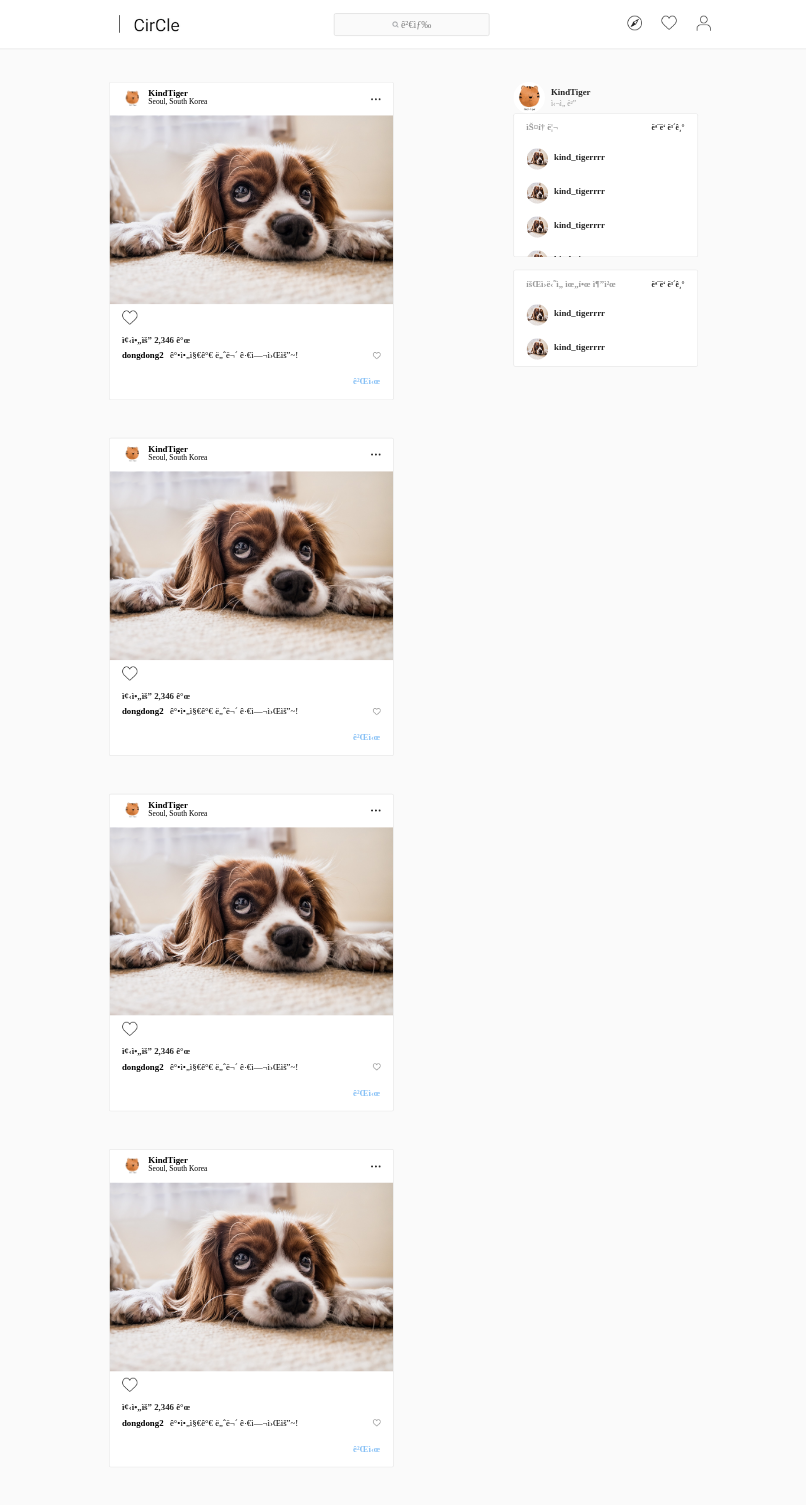
Repository: gkawlals/image_borad
Page: http://localhost/SpringPRJ/WEB-INF/view/image/imageList.jsp
These files come from the project's save history. The page is drawn as it stood at one moment and after the next save; the edit follows.
The browser window is 1280 px wide. The pictures show the whole page, at 63% of full size.
The page is served by Tomcat 9. Nobody is signed in. Other server files are loaded and not shown. The template is opened directly, without the code that normally fills it, so the values that code supplies are empty.

Above is the page before, as saved 2021-04-17 07:38:30.

### SpringPRJ/WebContent/WEB-INF/view/image/imageList.jsp
<!DOCTYPE html>
<html lang="en">
<head>
    <meta charset="UTF-8">
    <meta name="viewport"
          content="width=device-width, user-scalable=no, initial-scale=1.0, maximum-scale=1.0, minimum-scale=1.0">
    <title>Title</title>

    <link rel="stylesheet" href="../resourceImg/css/reset.css">
    <link rel="stylesheet" href="../resourceImg/css/common.css">
    <link rel="stylesheet" href="../resourceImg/css/style.css">


</head>
<body>


<section id="container">


    <header id="header">
        <section class="inner">

            <h1 class="logo">
                <a href="index.html">
                    <div class="sprite_insta_icon"></div>
                    <div class="sprite_write_logo"></div>
                </a>
            </h1>

            <div class="search_box">
                <input type="text" placeholder="검색" id="search-field">

                <div class="fake_field">
                    <span class="sprite_small_search_icon"></span>
                    <span>검색</span>
                </div>
            </div>

            <div class="right_icons">
                <a href="login.html"><div class="sprite_compass_icon"></div></a>
                <a href="follow.html"><div class="sprite_heart_icon_outline"></div></a>
                <a href="profile.html"><div class="sprite_user_icon_outline"></div></a>
            </div>

        </section>

    </header>
    <section id="main_container">
        <div class="inner">

            <div class="contents_box">
                <article class="contents">
                    <header class="top">
                        <div class="user_container">
                            <div class="profile_img">
                                <img src="../resourceImg/imgs/thumb.jpeg" alt="프로필이미지">
                            </div>
                            <div class="user_name">
                                <div class="nick_name m_text">KindTiger</div>
                                <div class="country s_text">Seoul, South Korea</div>
                            </div>

                        </div>

                        <div class="sprite_more_icon" data-name="more">
                            <ul class="toggle_box">
                               <li><input type="submit" class="follow" value="팔로우" data-name="follow"></li>
                                <li>수정</li>
                                <li>삭제</li>
                            </ul>
                        </div>
                    </header>

                    <div class="img_section">
                        <div class="trans_inner">
                            <div><img src="../resourceImg/imgs/img_section/img01.jpg" alt="visual01"></div>
                        </div>
                    </div>

                    <div class="bottom_icons">
                        <div class="left_icons">
                            <div class="heart_btn">
                                <div class="sprite_heart_icon_outline" name="39" data-name="heartbeat"></div>
                            </div>


                        </div>
                    </div>

                    <div class="likes m_text">
                        좋아요
                        <span id="like-count-39">2,346</span>
                        <span id="bookmark-count-39"></span>
                        개
                    </div>

                    <div class="comment_container">
                        <div class="comment" id="comment-list-ajax-post37">
                            <div class="comment-detail">
                                <div class="nick_name m_text">dongdong2</div>
                                <div>강아지가 너무 귀여워요~!</div>
                            </div>
                        </div>
                        <div class="small_heart">
                            <div class="sprite_small_heart_icon_outline"></div>
                        </div>
                    </div>


                    <div class="comment_field" id="add-comment-post37">

                        <div class="upload_btn m_text" data-name="comment">게시</div>
                    </div>
                </article>
                <article class="contents">
                    <header class="top">
                        <div class="user_container">
                            <div class="profile_img">
                                <img src="../resourceImg/imgs/thumb.jpeg" alt="프로필이미지">
                            </div>
                            <div class="user_name">
                                <div class="nick_name m_text">KindTiger</div>
                                <div class="country s_text">Seoul, South Korea</div>
                            </div>

                        </div>

                        <div class="sprite_more_icon" data-name="more">
                            <ul class="toggle_box">
                                <li><input type="submit" class="follow" value="팔로우" data-name="follow"></li>
                                <li>수정</li>
                                <li>삭제</li>
                            </ul>
                        </div>
                    </header>

                    <div class="img_section">
                        <div class="trans_inner">
                            <div><img src="../resourceImg/imgs/img_section/img01.jpg" alt="visual01"></div>
                        </div>
                    </div>

                    <div class="bottom_icons">
                        <div class="left_icons">
                            <div class="heart_btn">
                                <div class="sprite_heart_icon_outline" name="39" data-name="heartbeat"></div>
                            </div>


                        </div>
                        <div class="right_icon">

                        </div>
                    </div>

                    <div class="likes m_text">
                        좋아요
                        <span id="like-count-39">2,346</span>
                        개
                    </div>

                    <div class="comment_container">
                        <div class="comment" id="comment-list-ajax-post37">
                            <div class="comment-detail">
                                <div class="nick_name m_text">dongdong2</div>
                                <div>강아지가 너무 귀여워요~!</div>
                            </div>
                        </div>
                        <div class="small_heart">
                            <div class="sprite_small_heart_icon_outline"></div>
                        </div>
                    </div>


                    <div class="comment_field" id="add-comment-post37">

                        <div class="upload_btn m_text" data-name="comment">게시</div>
                    </div>
                </article>
                <article class="contents">
                    <header class="top">
                        <div class="user_container">
                            <div class="profile_img">
                                <img src="../resourceImg/imgs/thumb.jpeg" alt="프로필이미지">
                            </div>
                            <div class="user_name">
                                <div class="nick_name m_text">KindTiger</div>
                                <div class="country s_text">Seoul, South Korea</div>
                            </div>

                        </div>

                        <div class="sprite_more_icon" data-name="more">
                            <ul class="toggle_box">
                                <li><input type="submit" class="follow" value="팔로우" data-name="follow"></li>
                                <li>수정</li>
                                <li>삭제</li>
                            </ul>
                        </div>
                    </header>

                    <div class="img_section">
                        <div class="trans_inner">
                            <div><img src="../resourceImg/imgs/img_section/img01.jpg" alt="visual01"></div>
                        </div>
                    </div>

                    <div class="bottom_icons">
                        <div class="left_icons">
                            <div class="heart_btn">
                                <div class="sprite_heart_icon_outline" name="39" data-name="heartbeat"></div>
                            </div>


                        </div>
                        <div class="right_icon">

                        </div>
                    </div>

                    <div class="likes m_text">
                        좋아요
                        <span id="like-count-39">2,346</span>
                        개
                    </div>

                    <div class="comment_container">
                        <div class="comment" id="comment-list-ajax-post37">
                            <div class="comment-detail">
                                <div class="nick_name m_text">dongdong2</div>
                                <div>강아지가 너무 귀여워요~!</div>
                            </div>
                        </div>
                        <div class="small_heart">
                            <div class="sprite_small_heart_icon_outline"></div>
                        </div>
                    </div>


                    <div class="comment_field" id="add-comment-post37">

                        <div class="upload_btn m_text" data-name="comment">게시</div>
                    </div>
                </article>
                <article class="contents">
                    <header class="top">
                        <div class="user_container">
                            <div class="profile_img">
                                <img src="../resourceImg/imgs/thumb.jpeg" alt="프로필이미지">
                            </div>
                            <div class="user_name">
                                <div class="nick_name m_text">KindTiger</div>
                                <div class="country s_text">Seoul, South Korea</div>
                            </div>

                        </div>

                        <div class="sprite_more_icon" data-name="more">
                            <ul class="toggle_box">
                                <li><input type="submit" class="follow" value="팔로우" data-name="follow"></li>
                                <li>수정</li>
                                <li>삭제</li>
                            </ul>
                        </div>
                    </header>

                    <div class="img_section">
                        <div class="trans_inner">
                            <div><img src="../resourceImg/imgs/img_section/img01.jpg" alt="visual01"></div>
                        </div>
                    </div>

                    <div class="bottom_icons">
                        <div class="left_icons">
                            <div class="heart_btn">
                                <div class="sprite_heart_icon_outline" name="39" data-name="heartbeat"></div>
                            </div>


                        </div>
                        <div class="right_icon">

                        </div>
                    </div>

                    <div class="likes m_text">
                        좋아요
                        <span id="like-count-39">2,346</span>
                        개
                    </div>

                    <div class="comment_container">
                        <div class="comment" id="comment-list-ajax-post37">
                            <div class="comment-detail">
                                <div class="nick_name m_text">dongdong2</div>
                                <div>강아지가 너무 귀여워요~!</div>
                            </div>
                        </div>
                        <div class="small_heart">
                            <div class="sprite_small_heart_icon_outline"></div>
                        </div>
                    </div>


                    <div class="comment_field" id="add-comment-post37">

                        <div class="upload_btn m_text" data-name="comment">게시</div>
                    </div>
                </article>



            </div>
            <input type="hidden" id="page" value="1">

            <div class="side_box">
                <div class="user_profile">
                    <div class="profile_thumb">
                        <img src="../resourceImg/imgs/thumb.jpeg" alt="프로필사진">
                    </div>
                    <div class="detail">
                        <div class="id m_text">KindTiger</div>
                        <div class="ko_name">심선범</div>
                    </div>
                </div>

                <article class="story">
                    <header class="story_header">
                        <div>스토리</div>
                        <div class="more">모두 보기</div>
                    </header>

                    <div class="scroll_inner">
                        <div class="thumb_user">
                            <div class="profile_thumb">
                                <img src="../resourceImg/imgs/thumb02.jpg" alt="프로필사진">
                            </div>
                            <div class="detail">
                                <div class="id">kind_tigerrrr</div>

                            </div>
                        </div>
                        <div class="thumb_user">
                            <div class="profile_thumb">
                                <img src="../resourceImg/imgs/thumb02.jpg" alt="프로필사진">
                            </div>
                            <div class="detail">
                                <div class="id">kind_tigerrrr</div>

                            </div>
                        </div>
                        <div class="thumb_user">
                            <div class="profile_thumb">
                                <img src="../resourceImg/imgs/thumb02.jpg" alt="프로필사진">
                            </div>
                            <div class="detail">
                                <div class="id">kind_tigerrrr</div>

                            </div>
                        </div>
                        <div class="thumb_user">
                            <div class="profile_thumb">
                                <img src="../resourceImg/imgs/thumb02.jpg" alt="프로필사진">
                            </div>
                            <div class="detail">
                                <div class="id">kind_tigerrrr</div>

                            </div>
                        </div>
                        <div class="thumb_user">
                            <div class="profile_thumb">
                                <img src="../resourceImg/imgs/thumb02.jpg" alt="프로필사진">
                            </div>
                            <div class="detail">
                                <div class="id">kind_tigerrrr</div>

                            </div>
                        </div>
                    </div>
                </article>

                <article class="recommend">
                    <header class="reco_header">
                        <div>회원님을 위한 추천</div>
                        <div class="more">모두 보기</div>
                    </header>

                    <div class="thumb_user">
                        <div class="profile_thumb">
                            <img src="../resourceImg/imgs/thumb02.jpg" alt="프로필사진">
                        </div>
                        <div class="detail">
                            <div class="id">kind_tigerrrr</div>

                        </div>
                    </div>
                    <div class="thumb_user">
                        <div class="profile_thumb">
                            <img src="../resourceImg/imgs/thumb02.jpg" alt="프로필사진">
                        </div>
                        <div class="detail">
                            <div class="id">kind_tigerrrr</div>

                        </div>
                    </div>
                </article>
            </div>


        </div>
    </section>



</section>








<script src="https://code.jquery.com/jquery-1.12.4.min.js"></script>
<script src="js/main.js"></script>
</body>
</html>

Loaded but not shown: SpringPRJ/WebContent/resourceImg/css/reset.css (common file); SpringPRJ/WebContent/resourceLogin/js/main.js (57 lines, source omitted); SpringPRJ/WebContent/resourceImg/css/style.css (524 lines, source omitted); SpringPRJ/WebContent/resourceImg/css/common.css (316 lines, source omitted)

After the next save:
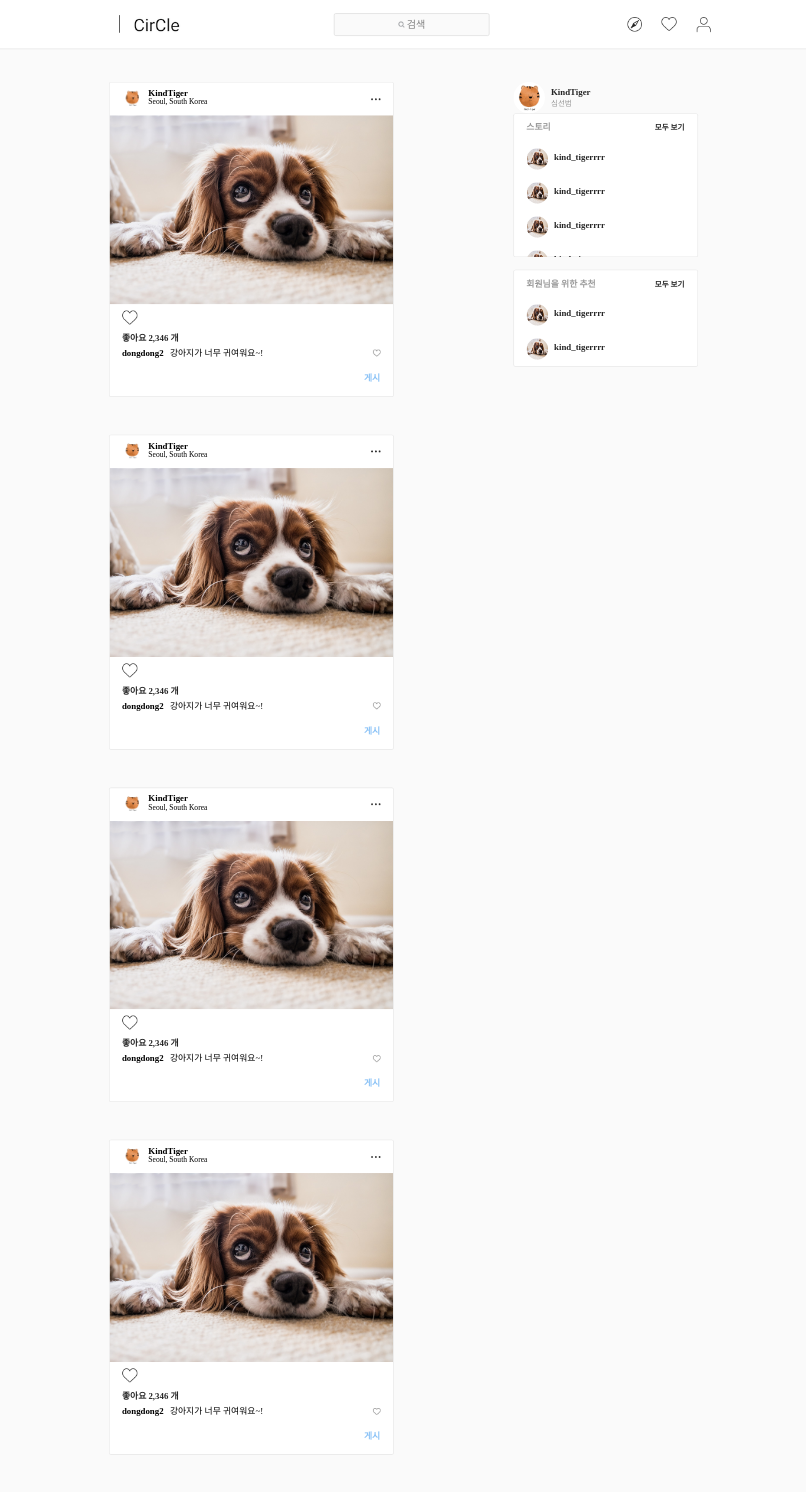
Saved 37 s later.
--- a/SpringPRJ/WebContent/WEB-INF/view/image/imageList.jsp
+++ b/SpringPRJ/WebContent/WEB-INF/view/image/imageList.jsp
@@ -1,5 +1,6 @@
-<!DOCTYPE html>
-<html lang="en">
+<%@ page language="java" contentType="text/html; charset=UTF-8"
+    pageEncoding="UTF-8"%>
+<!DOCTYPE html PUBLIC "-//W3C//DTD HTML 4.01 Transitional//EN" "http://www.w3.org/TR/html4/loose.dtd">
 <head>
     <meta charset="UTF-8">
     <meta name="viewport"

After the save that followed:
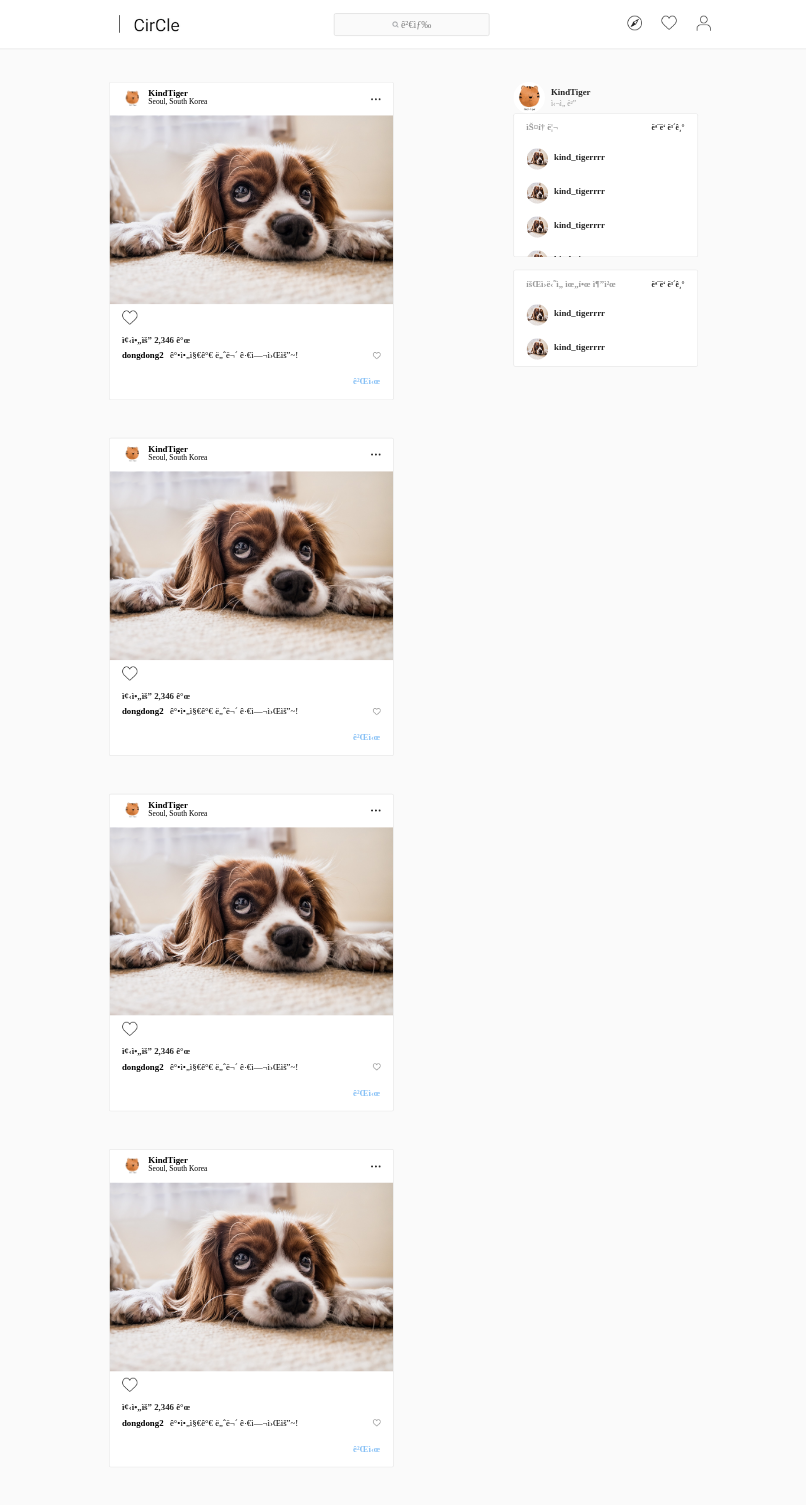
Saved 4 s later.
--- a/SpringPRJ/WebContent/WEB-INF/view/image/imageList.jsp
+++ b/SpringPRJ/WebContent/WEB-INF/view/image/imageList.jsp
@@ -1,6 +1,5 @@
-<%@ page language="java" contentType="text/html; charset=UTF-8"
-    pageEncoding="UTF-8"%>
-<!DOCTYPE html PUBLIC "-//W3C//DTD HTML 4.01 Transitional//EN" "http://www.w3.org/TR/html4/loose.dtd">
+<!DOCTYPE html>
+<html lang="en">
 <head>
     <meta charset="UTF-8">
     <meta name="viewport"
